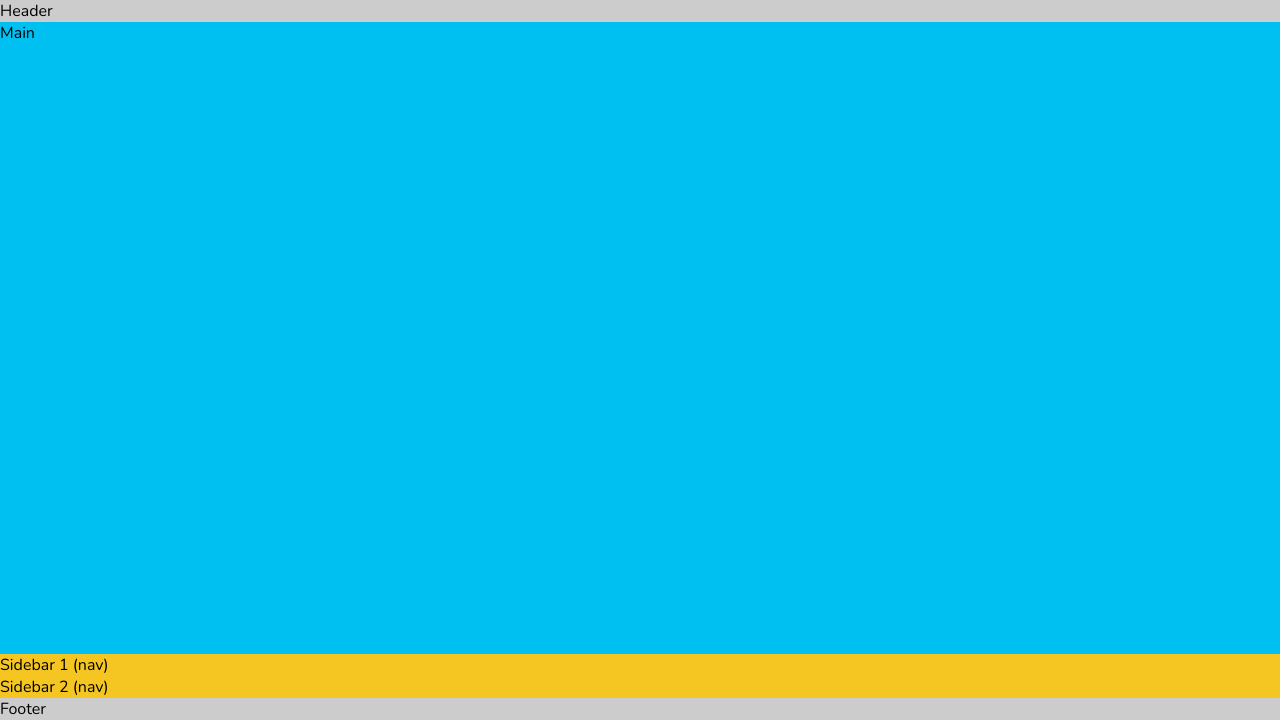
Repository: mariocapitbrok/css-combining-grid-and-flexbox-0105
Page: index.html
An editor plug-in stored every save of this project. The page is shown before and after the next save, followed by the edit.
The browser window is 1280 px wide. The pictures show the whole page.

Above is the page before, as saved 2022-10-06 14:14:32.

### index.html
<!DOCTYPE html>
<html lang="en">
<head>
    <meta charset="UTF-8">
    <meta name="viewport" content="width=device-width, initial-scale=1.0">
    <title>Basic responsive layout</title>
    <link rel="stylesheet" href="styles/base.css" type="text/css">
</head>
<body>
    <header>Header</header>
    <main>
        <article class="main">Main</article>
        <aside class="sidebar1">Sidebar 1 (nav)</aside>
        <aside class="sidebar2">Sidebar 2 (nav)</aside>
    </main>
    <footer>Footer</footer>
</body>
</html>

### styles/base.css
@import url('https://fonts.googleapis.com/css2?family=Nunito:ital,wght@0,300;0,400;0,700;0,900;1,600&display=swap');

* {
    margin: 0;
    padding: 0;
    font-family: 'Nunito', sans-serif;
    box-sizing: border-box;
}

body {
    display: flex;
    flex-direction: column;
    min-height: 100vh;
}

header {
    background-color: #CCC;
}

footer {
    background-color: #CCC;
}

main {
    display: flex;
    flex-direction: column;
    flex: 1;
}

article.main {
    background-color: #00C0F2;
    flex: 1;
}

aside {
    background-color: #F5C622;
}

After the next save:
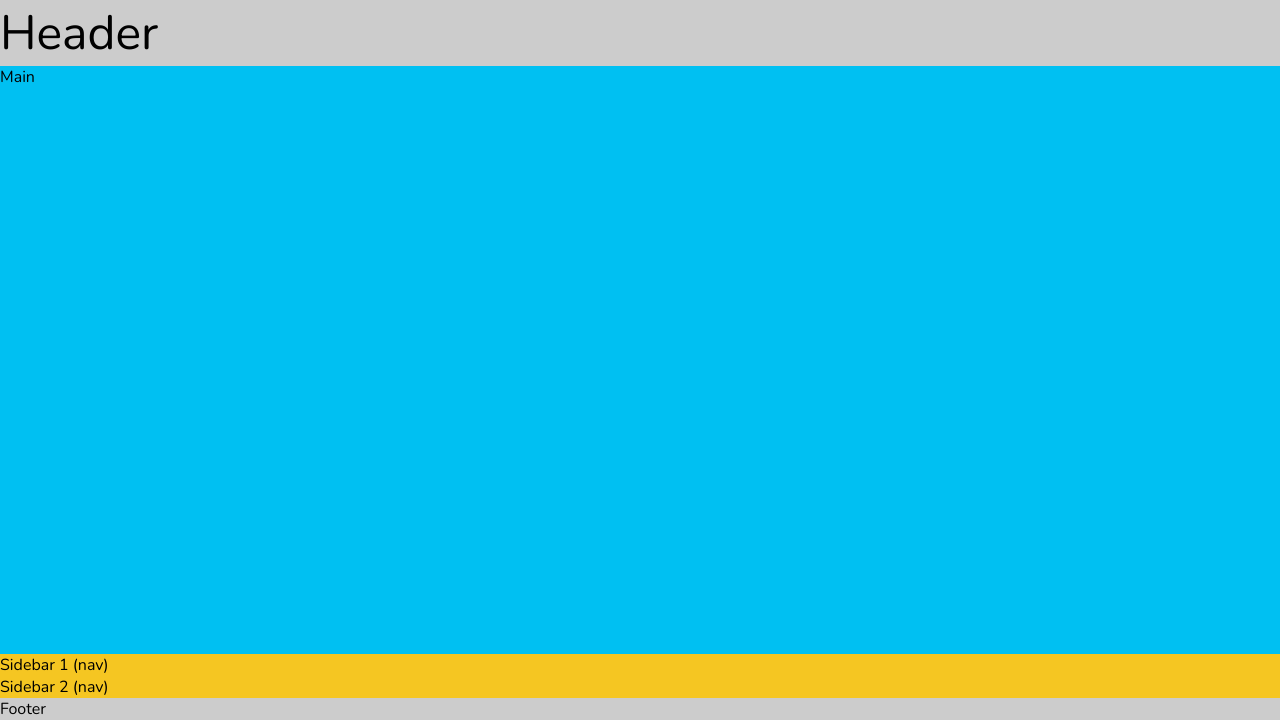
Saved 2 min 33 s later.
--- a/styles/base.css
+++ b/styles/base.css
@@ -15,6 +15,7 @@ body {
 
 header {
     background-color: #CCC;
+    font-size: 3em;
 }
 
 footer {
